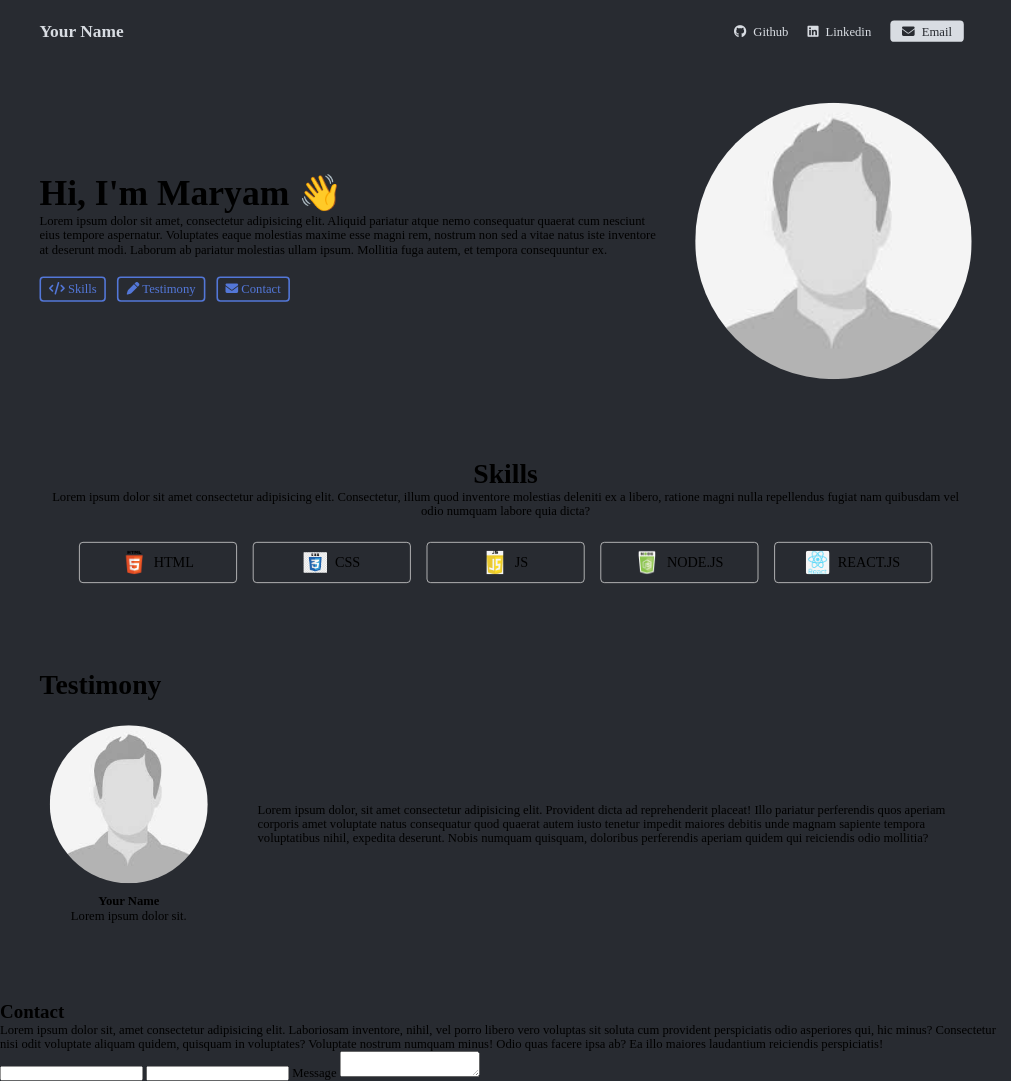
Repository: MaramMaryam/my-portfolio-test
Page: index.html
The author's editor kept a copy of each file at every save. The page is drawn from the files as they stood at one save, then again after a run of saves.
The browser window is 1280 px wide. The pictures show the whole page, at 79% of full size.
Some web libraries are served in a nearby version.

Above is the page before, as saved 2024-09-20 19:24:27.

After the next 6 saves:
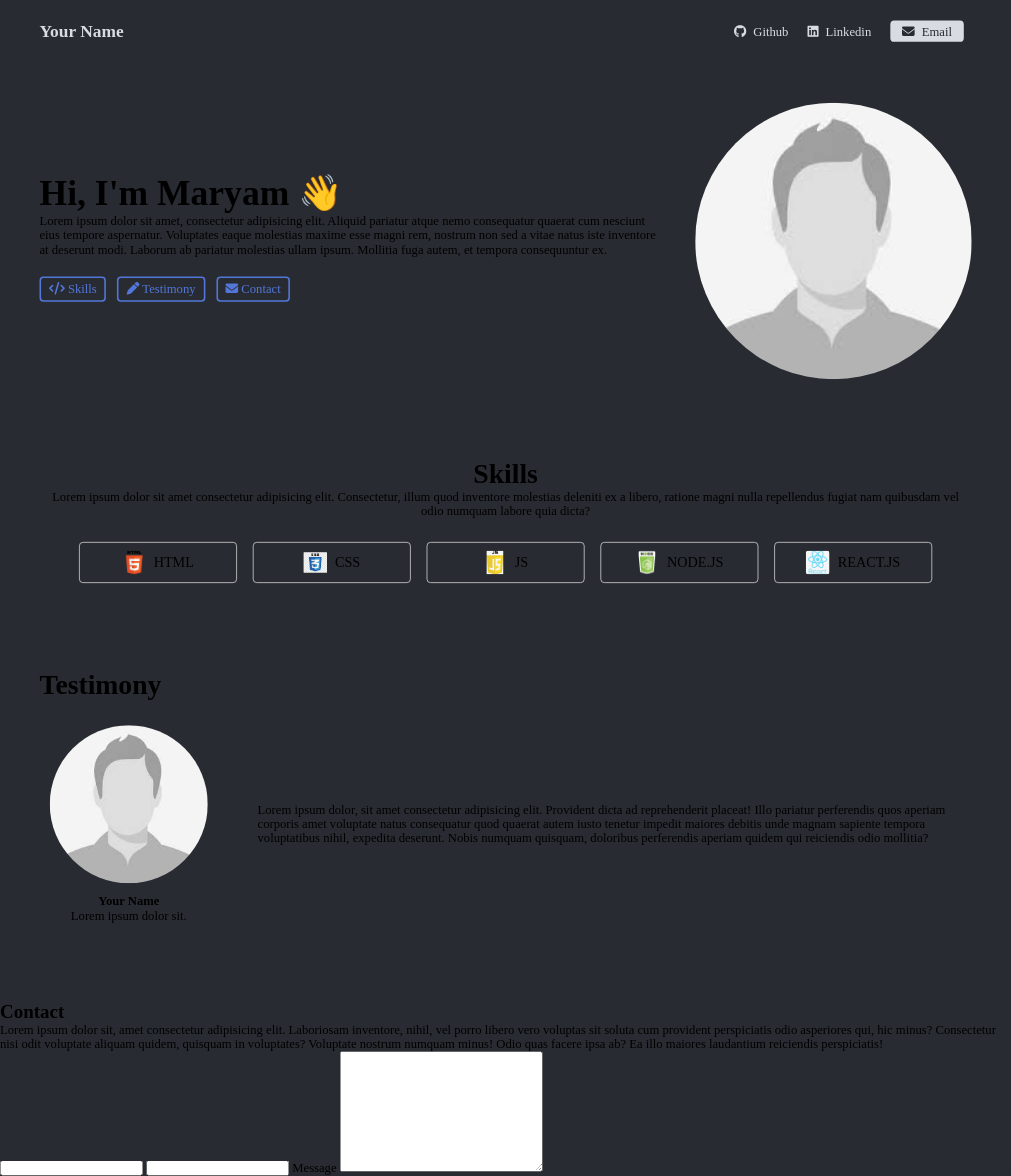
The 6 saves are shown as one change because they came seconds apart.
The last was saved 22 s later.
--- a/index.html
+++ b/index.html
@@ -146,7 +146,7 @@
                     <input type="email" id="email">
 
                     <label for="message">Message</label>
-                    <textarea name="" id="message"></textarea>
+                    <textarea name="" id="message" cols="30" rows="10"></textarea>
                 </form>
             </div>
         </section>
